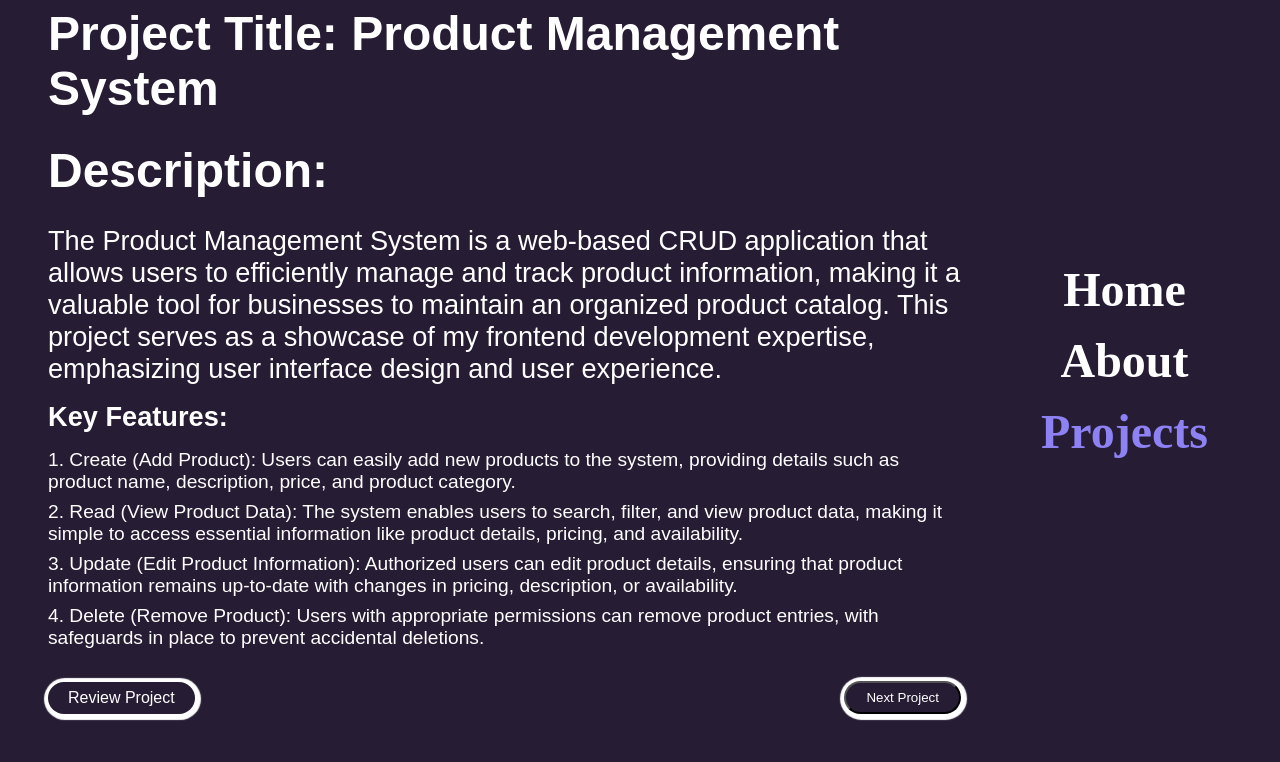
Repository: ahamdy997/portfolio
Page: /projects
The author's editor kept a copy of each file at every save. The page is drawn from the files as they stood at one save, then again after the next save.
The browser window is 1280 px wide. The pictures show the whole page.
The project was rebuilt for these pictures with package versions that can differ from the ones it lists, and the page was loaded fresh each time. Also part of the build but not shown: vue.config.js, src/components/HelloWorld.vue, src/views/HomeView.vue.

Above is the page before, as saved 2023-11-06 01:06:19.

### src/App.vue
<template>
  <div class="flex">
    <router-view />
    <header>
      <nav>
        <router-link to="/">Home</router-link>
        <router-link to="/about">About</router-link>
        <router-link to="/projects">Projects</router-link>
      </nav>
    </header>
  </div>
</template>

<style>
* {
  box-sizing: border-box;
  padding: 0;
  margin: 0;
}
#app {
  width: 100%;
  height: 100vh;
  display: flex;
  align-items: center;
  justify-content: space-between;
  text-align: center;
}
.flex {
  display: flex;
  align-items: center;
  justify-content: space-between;
  padding: 3rem;
  gap: 5rem;
  width: 100%;
}
header {
  font-size: 1.7rem;
}

nav {
  text-align: center;
  display: flex;
  flex-direction: column;
  gap: 1rem;
  margin-right: 1.5rem;
}
body {
  font-family: sans-serif;
  background: #261c33;
  /* background: yellow; */
  color: #fff;
}
nav a {
  font-family: serif;
  font-weight: bold;
  color: #fff;
  text-decoration: none;
  font-size: 3rem;
  transition: all 0.2s;
}
nav a:hover {
  font-style: italic;
  transform: translateX(10px);
}

nav a.router-link-exact-active {
  color: #8d81f3;
}
</style>

### src/router/index.js
import { createRouter, createWebHistory } from "vue-router";
import HomeView from "../views/HomeView.vue";

const routes = [
  {
    path: "/",
    name: "home",
    component: HomeView,
  },
  {
    path: "/about",
    name: "about",
    // route level code-splitting
    // this generates a separate chunk (about.[hash].js) for this route
    // which is lazy-loaded when the route is visited.
    component: () =>
      import(/* webpackChunkName: "about" */ "../views/AboutView.vue"),
  },
  {
    path: "/projects",
    name: "project",
    // route level code-splitting
    // this generates a separate chunk (about.[hash].js) for this route
    // which is lazy-loaded when the route is visited.
    component: () =>
      import(/* webpackChunkName: "about" */ "../views/ProjectView.vue"),
  },
];

const router = createRouter({
  history: createWebHistory(process.env.BASE_URL),
  routes,
});

export default router;

### src/views/ProjectView.vue
<template>
  <div>
    <h2>Project Title: Product Management System</h2>
    <h2>Description:</h2>
    <p>
      The Product Management System is a web-based CRUD application that allows
      users to efficiently manage and track product information, making it a
      valuable tool for businesses to maintain an organized product catalog.
      This project serves as a showcase of my frontend development expertise,
      emphasizing user interface design and user experience.
    </p>
    <ol>
      <h3>Key Features:</h3>
      <li>
        Create (Add Product): Users can easily add new products to the system,
        providing details such as product name, description, price, and product
        category.
      </li>
      <li>
        Read (View Product Data): The system enables users to search, filter,
        and view product data, making it simple to access essential information
        like product details, pricing, and availability.
      </li>
      <li>
        Update (Edit Product Information): Authorized users can edit product
        details, ensuring that product information remains up-to-date with
        changes in pricing, description, or availability.
      </li>
      <li>
        Delete (Remove Product): Users with appropriate permissions can remove
        product entries, with safeguards in place to prevent accidental
        deletions.
      </li>
    </ol>
    <div class="view">
      <a href="https://ahamdy997.github.io/CRUDS-System/" target="_blank"
        >Review Project</a
      >
      <button type="button">Next Project</button>
    </div>
  </div>
</template>
<style scoped>
img {
  width: 100%;
}
div {
  text-align: left;
}

h2 {
  margin-bottom: 1.7rem;
  font-size: 3rem;
}
p {
  font-size: 1.7rem;
  margin-bottom: 1rem;
}
h3 {
  margin-bottom: 1rem;
  font-size: 1.7rem;
}

li {
  list-style-position: inside;
  font-size: 1.2rem;
  margin-bottom: 0.5rem;
}
.view {
  display: flex;
  justify-content: space-between;
  align-items: center;
}
button,
a {
  background-color: #261c33;
  margin-top: 1.5rem;
  padding: 7px 20px;
  color: white;
  box-shadow: 1px 1px 1px 5px white;
  border-radius: 20px;
  cursor: pointer;
  text-decoration: none;
}
</style>

Loaded but not shown: public/index.html (common file); src/main.js (common file)

After the next save:
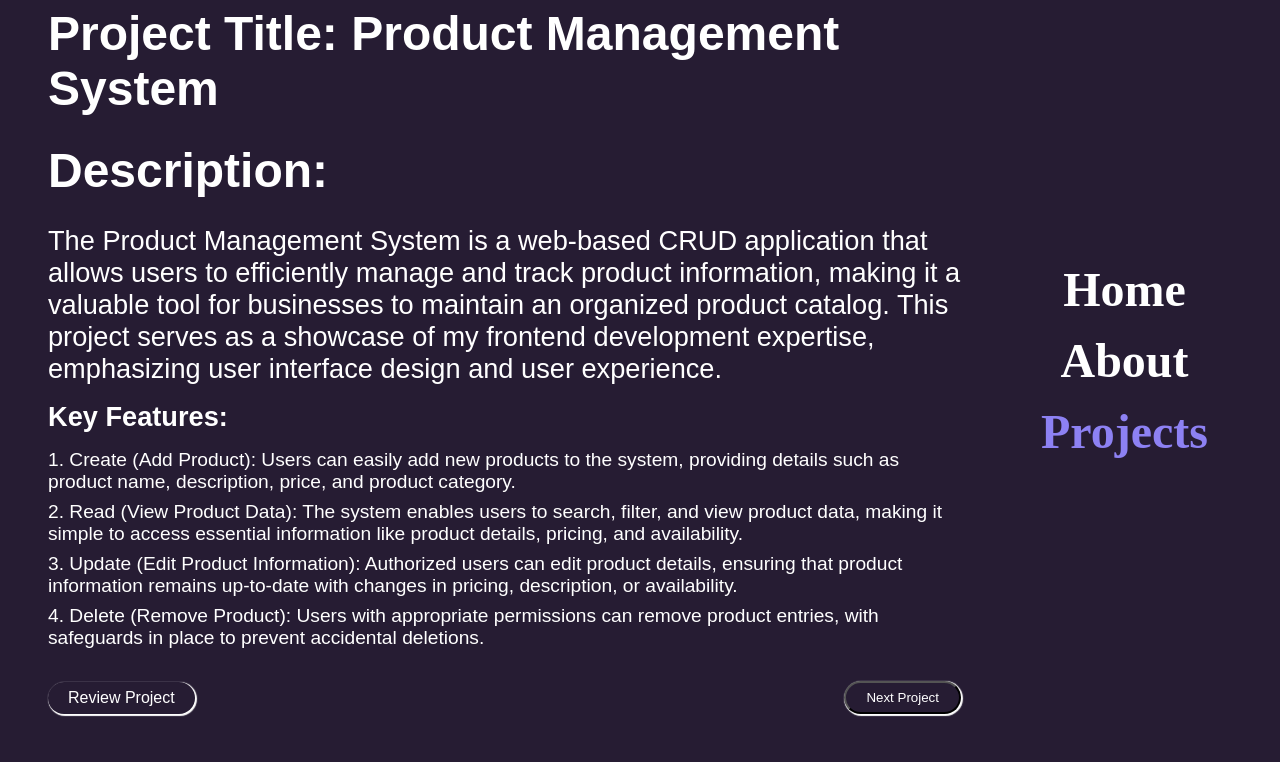
Saved 10 s later.
--- a/src/views/ProjectView.vue
+++ b/src/views/ProjectView.vue
@@ -77,7 +77,7 @@ a {
   margin-top: 1.5rem;
   padding: 7px 20px;
   color: white;
-  box-shadow: 1px 1px 1px 5px white;
+  box-shadow: 1px 1px 1px 1px white;
   border-radius: 20px;
   cursor: pointer;
   text-decoration: none;
